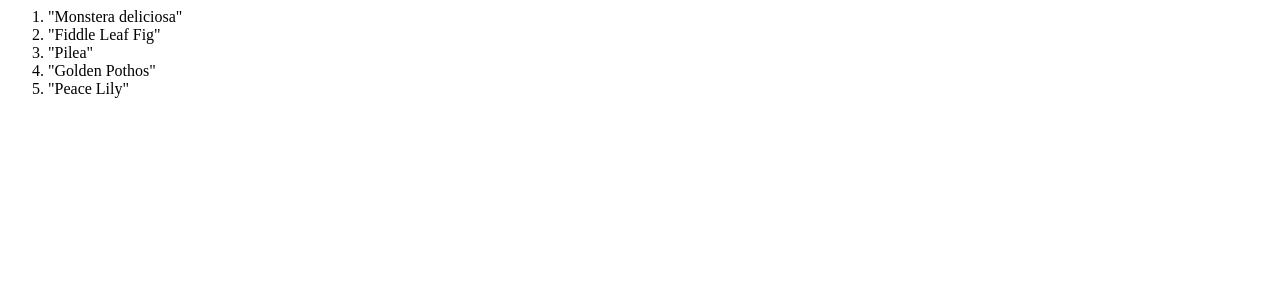
Repository: travinne/travthegr88
Page: development/code/phase-0/phase-0-html-experiencing-html-lab/my_list.html
An editor plug-in stored every save of this project. The page is shown before and after the next save, followed by the edit.
The browser window is 1280 px wide. The pictures show the whole page.

Above is the page before, as saved 2025-02-28 23:53:11.

After the next save:
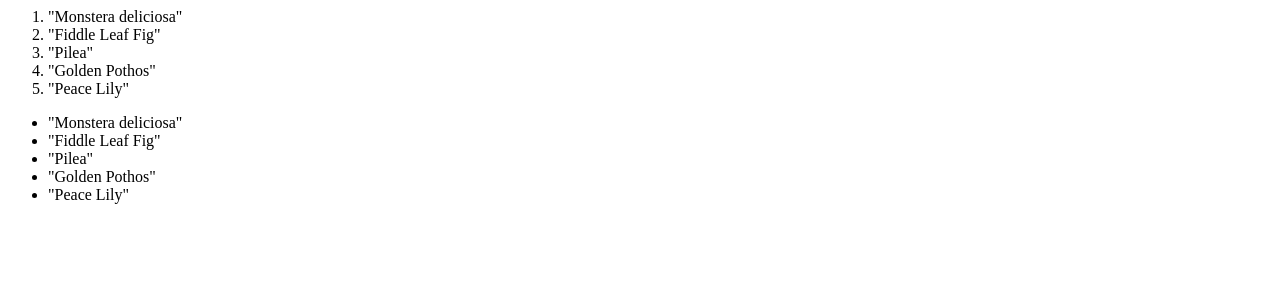
Saved 70 s later.
--- a/development/code/phase-0/phase-0-html-experiencing-html-lab/my_list.html
+++ b/development/code/phase-0/phase-0-html-experiencing-html-lab/my_list.html
@@ -5,3 +5,13 @@
 <li>"Golden Pothos"</li>
 <li>"Peace Lily"</li>
 </ol>
+
+
+<p></p>
+<ul>
+<li>"Monstera deliciosa"</li>
+<li>"Fiddle Leaf Fig"</li>
+<li>"Pilea"</li>
+<li>"Golden Pothos"</li>
+<li>"Peace Lily"</li>
+</ul>
